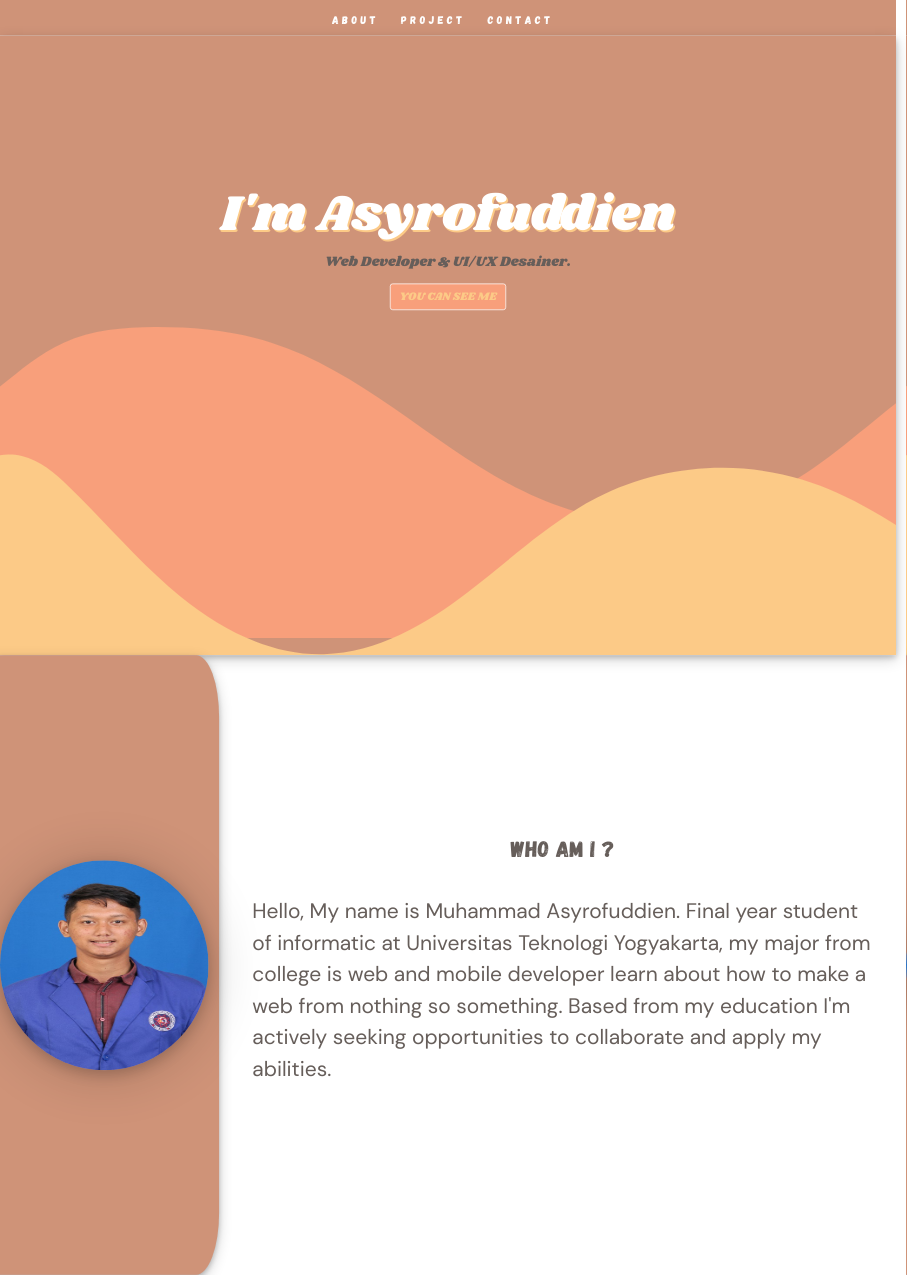
Repository: zetta-muhammad-asyrofuddien/Html-Css-ZettaCAmp
Page: Day1/Portofolio/index.html
These files come from the project's save history. The page is drawn as it stood at one moment and after the next save; the edit follows.
The browser window is 1280 px wide. The page is 1295 px wide, so the pictures cover 1295 px, including what lies to the right of the window. The pictures show the whole page, at 70% of full size.

Above is the page before, as saved 2023-07-06 19:03:04.

After the next save:
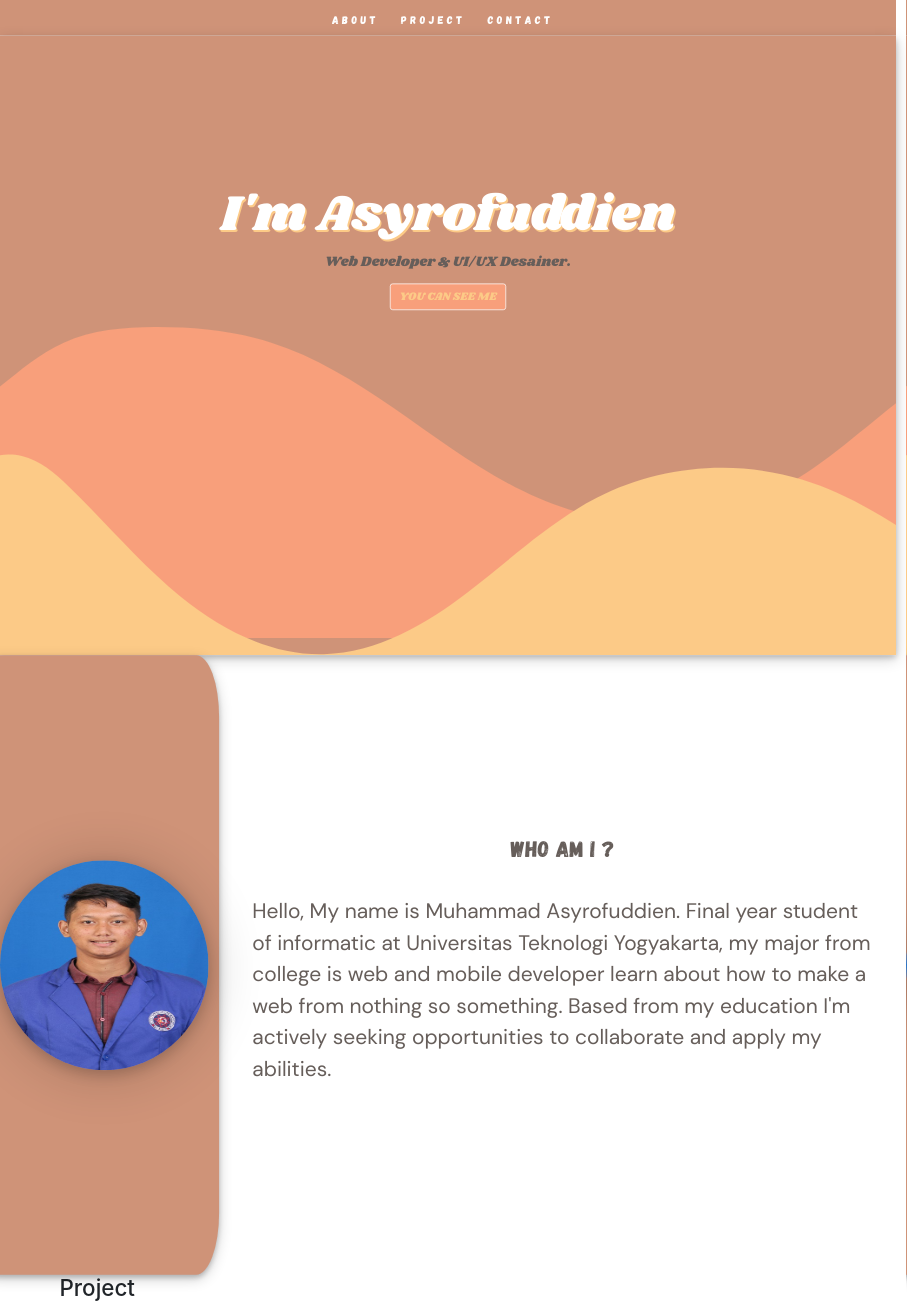
Saved 14 s later.
--- a/Day1/Portofolio/index.html
+++ b/Day1/Portofolio/index.html
@@ -64,7 +64,9 @@
     <!-- Akhir About -->
     <!-- Project -->
     <section class="project">
-      <div class="container"></div>
+      <div class="container">
+        <h2>Project</h2>
+      </div>
     </section>
     <!-- Akhir Project -->
     <script src="https://cdn.jsdelivr.net/npm/@popperjs/core@2.11.6/dist/umd/popper.min.js" integrity="sha384-oBqDVmMz9ATKxIep9tiCxS/Z9fNfEXiDAYTujMAeBAsjFuCZSmKbSSUnQlmh/jp3" crossorigin="anonymous"></script>
